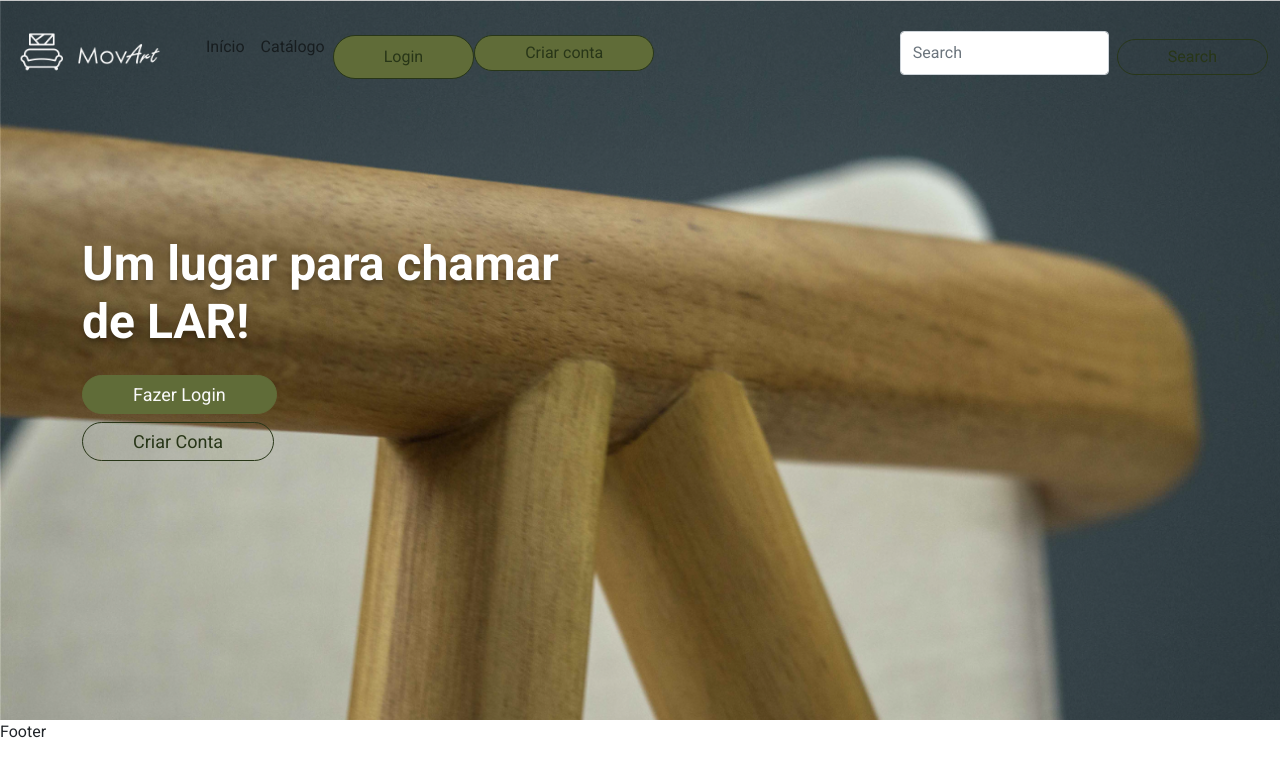
Repository: telesbp/Projeto-4-e-Projeto-5
Page: / (app in front-end/)
The author's editor kept a copy of each file at every save. The page is drawn from the files as they stood at one save, then again after the next save.
The browser window is 1280 px wide. The pictures show the whole page.
The project was rebuilt for these pictures with package versions that can differ from the ones it lists, and the page was loaded fresh each time.

Above is the page before, as saved 2022-07-17 17:33:36.

### front-end/public/index.html
<!DOCTYPE html>
<html lang="pt-BR">
  <head>
    <meta charset="utf-8" />
    <link rel="icon" href="%PUBLIC_URL%/favicon.ico" />
    <meta name="viewport" content="width=device-width, initial-scale=1" />
    <meta name="theme-color" content="#000000" />
    <meta
      name="description"
      content="Seu negócio automatizado!"
    />
    <link rel="apple-touch-icon" href="%PUBLIC_URL%/logo192.png" />
    <!--
      manifest.json provides metadata used when your web app is installed on a
      user's mobile device or desktop. See https://developers.google.com/web/fundamentals/web-app-manifest/
    -->
    <link rel="manifest" href="%PUBLIC_URL%/manifest.json" />
    <!--
      Notice the use of %PUBLIC_URL% in the tags above.
      It will be replaced with the URL of the `public` folder during the build.
      Only files inside the `public` folder can be referenced from the HTML.

      Unlike "/favicon.ico" or "favicon.ico", "%PUBLIC_URL%/favicon.ico" will
      work correctly both with client-side routing and a non-root public URL.
      Learn how to configure a non-root public URL by running `npm run build`.
    -->
    <title>Stagio</title>

    <link rel="preconnect" href="https://fonts.googleapis.com">
    <link rel="preconnect" href="https://fonts.gstatic.com" crossorigin>
    <link href="https://fonts.googleapis.com/css2?family=Roboto:wght@400;700&display=swap" rel="stylesheet">
  </head>
  <body>
    <noscript>You need to enable JavaScript to run this app.</noscript>
    <div id="root"></div>
    <!--
      This HTML file is a template.
      If you open it directly in the browser, you will see an empty page.

      You can add webfonts, meta tags, or analytics to this file.
      The build step will place the bundled scripts into the <body> tag.

      To begin the development, run `npm start` or `yarn start`.
      To create a production bundle, use `npm run build` or `yarn build`.
    -->
  </body>
</html>

### front-end/src/index.tsx
import React from 'react';
import ReactDOM from 'react-dom/client';
import App from './App';
import 'bootstrap/dist/css/bootstrap.min.css';
import { BrowserRouter } from 'react-router-dom';
import 'react-toastify/dist/ReactToastify.css';
import { ToastContainer } from 'react-toastify';
import { GlobalStyle } from './assets/css/global';

const root = ReactDOM.createRoot(
  document.getElementById('root') as HTMLElement
);
root.render(
  <React.StrictMode>
    <BrowserRouter>
    <GlobalStyle/>
      <App />
      <ToastContainer/>
    </BrowserRouter>
  </React.StrictMode>
);

### front-end/src/App.tsx
import { HomeView } from "./views/Home";

function App() {
  return (
    <HomeView/>
  );
}

export default App;

### front-end/src/assets/css/global.ts
import { createGlobalStyle } from "styled-components";

export const GlobalStyle = createGlobalStyle`
    body{
       font-family: 'Roboto', sans-serif;
    }
`

### front-end/src/views/Home/index.tsx
import { Container } from "react-bootstrap";
import styled from "styled-components";
import bgSite from "../../assets/img/cadeira1.png"
import { CustomButton } from "../../components/CustomButton";
import { Layout } from "../../components/Layout";

export function HomeView(){
    return(
        <Layout>
            <Banner className="vh-100">
                <Container className="h-100 d-flex flex-column justify-content-center align-items-center align-items-lg-start">
                    <Title className="text-center text-white text-lg-start mt-auto mt-lg-0 ">Um lugar para chamar de LAR!</Title>
                    <CustomButton size="lg" to="login" variant="primary" className="mt-auto mt-lg-3 mb-2">Fazer Login</CustomButton>
                    <CustomButton size="lg" to="cadastro" variant="outline-primary" className="mb-4">Criar Conta</CustomButton>
                </Container>
            </Banner>
        </Layout>
    )
}

const Banner = styled.div`
    background: url(${bgSite}) no-repeat center center;
    background-size: cover;
`
const Title = styled.h1`
    font-size: 2.25rem;
    font-weight: bold;
    text-shadow: 0 4px 4px rgba(0, 0, 0, 0.25);
    @media (min-width: 992px){
        font-size: 3rem;
        max-width: 500px;
    }
`

### front-end/src/components/CustomButton/index.tsx
import { Button, ButtonProps, Spinner } from "react-bootstrap";
import { LinkContainer } from "react-router-bootstrap";
import styled from "styled-components";

type Props = ButtonProps & {
    loading?: boolean
    to?: string
}

export function CustomButton({children, loading, to, ...otherProps}: Props) {
    const button = (
        <ButtonStyled {...otherProps}>
            {loading && (
                <Spinner animation="border" role="status" size="sm" className="me-2">
                    <span className="visually-hidden">Carregando...</span>
                </Spinner>
            )}
            {children}
        </ButtonStyled>
    )
    if (to){
        return(
            <LinkContainer to={to}>
                {button}
            </LinkContainer>
        )
    }
    return button
}
const ButtonStyled = styled(Button)`
    border-radius: 50px;
    font-weight: 500;
    padding:5px 50px 5px 50px;
    color: #fafafa;
    ${props => props.size ==='lg' && `
        font-size: 1.125rem;
    `}
    ${props => (props.variant === "primary" || !props.variant) && `
        background-color: #606c38;
        border-color: #606c38;
        &:hover {
            background-color: #283618;
            border-color: #283618;
        }
    `}
    ${props => (props.variant === "outline-primary" || !props.variant) && `
        border-color: #283618;
        color: #283618;
        &:hover {
            background-color: #283618;
            border-color: #283618;
            color: #fafafa;
        }
    `}
`

### front-end/src/components/Layout/index.tsx
import { Header } from "./Header"

type Props = {
    children: React.ReactNode
}
export const Layout: React.FC<Props> = ({children}) => {
    return (
        <>
            <Header/>
            {children}
            <p>Footer</p>
        </>
    )
}

### front-end/src/components/Layout/Header.tsx
import { Container, Form, Nav, Navbar } from "react-bootstrap";
import { Link } from "react-router-dom";
import styled from "styled-components";
import LogoBrand from "../../assets/img/logobranca.png"
import { CustomButton } from "../CustomButton";
export function Header() {
    return(
        <Navbar fixed="top" expand="lg">
        <Container fluid>
          <Navbar.Brand to="/" as={Link}>
            <img src={LogoBrand} alt="MovArt" width={170} height={80}/>
          </Navbar.Brand>
          <Navbar.Toggle aria-controls="basic-navbar-nav" />
        <NavBarCollapseStyled id="basic-navbar-nav">
          <Nav className="me-auto">
            <Nav.Link href="#home" className="justify-contend-center text-center">Início</Nav.Link>
            <Nav.Link href="#link" className="justify-contend-center text-center">Catálogo</Nav.Link>
            <CustomButton className="mt-2" >Login</CustomButton>
            <CustomButton className="mt-2 mb-2" >Criar conta</CustomButton>
        </Nav>
            <Form className="d-flex">
              <Form.Control
                type="search"
                placeholder="Search"
                className="me-2"
                aria-label="Search"
              />
              <CustomButton variant="outline-primary" className="mt-2">Search</CustomButton>
            </Form>
          </NavBarCollapseStyled>
        </Container>
      </Navbar>
    )
}
const NavBarCollapseStyled = styled(Navbar.Collapse)`
   @media (max-width: 991px) {
   background-color:#fafafa ;
    margin: 0 -12px;
    padding: 1rem 2rem;
}
`

After the next save:
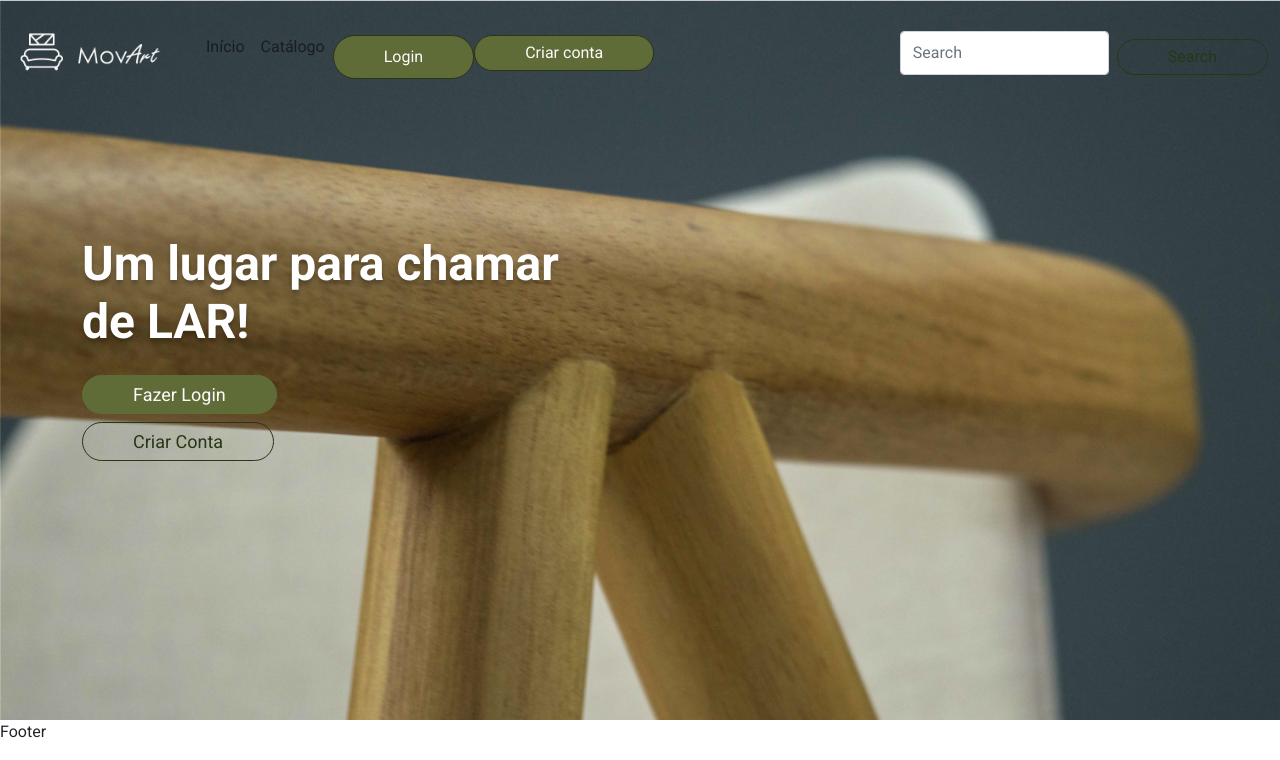
Saved 30 s later.
--- a/front-end/src/components/CustomButton/index.tsx
+++ b/front-end/src/components/CustomButton/index.tsx
@@ -31,13 +31,13 @@ const ButtonStyled = styled(Button)`
     border-radius: 50px;
     font-weight: 500;
     padding:5px 50px 5px 50px;
-    color: #fafafa;
     ${props => props.size ==='lg' && `
         font-size: 1.125rem;
     `}
     ${props => (props.variant === "primary" || !props.variant) && `
         background-color: #606c38;
         border-color: #606c38;
+        color: #fafafa!important;
         &:hover {
             background-color: #283618;
             border-color: #283618;
